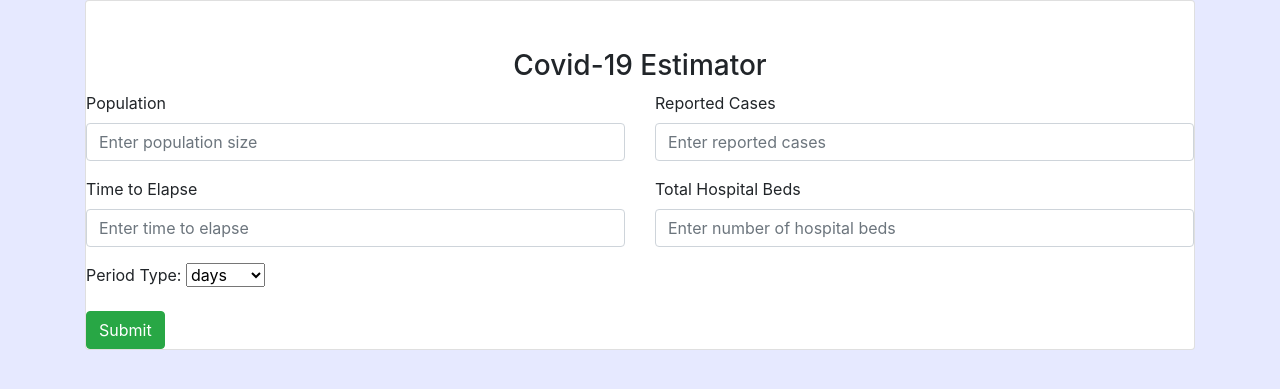
Repository: AbonyiXavier/FrontendUI--challenge-4
Page: index.html
These files come from the project's save history. The page is drawn as it stood at one moment and after the next save; the edit follows.
The browser window is 1280 px wide. The pictures show the whole page.

Above is the page before, as saved 2020-04-11 19:22:13.

After the next save:
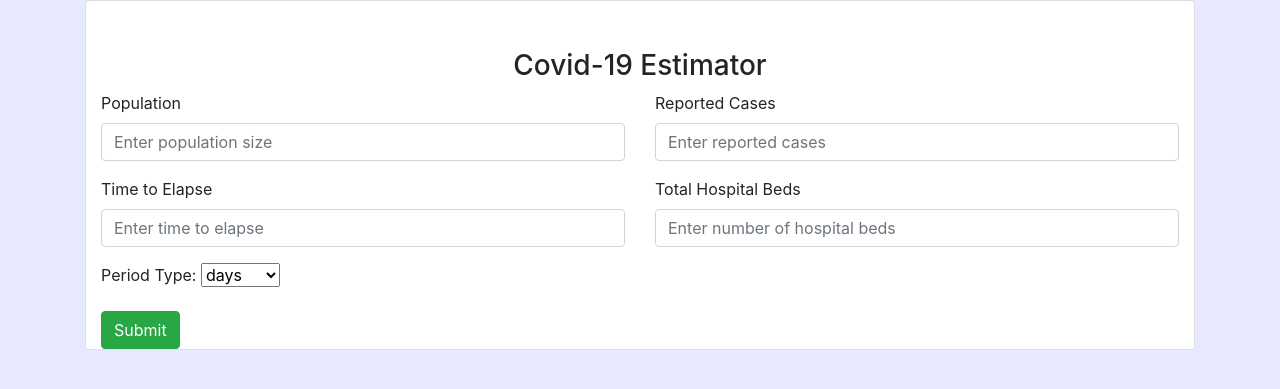
Saved 79 s later.
--- a/index.html
+++ b/index.html
@@ -10,70 +10,72 @@
   <body>
     <div class="container">
       <div class="card">
-        <h3 class="text-center mt-5">Covid-19 Estimator</h3>
-        <form>
-          <div class="row">
-            <div class="col-md-6">
-              <div class="form-group">
-                <label for="Population">Population</label>
-                <input
-                  id="population"
-                  type="text"
-                  class="form-control"
-                  data-population
-                  required
-                  placeholder="Enter population size"
-                />
+        <div class="container">
+          <h3 class="text-center mt-5">Covid-19 Estimator</h3>
+          <form>
+            <div class="row">
+              <div class="col-md-6">
+                <div class="form-group">
+                  <label for="Population">Population</label>
+                  <input
+                    id="population"
+                    type="text"
+                    class="form-control"
+                    data-population
+                    required
+                    placeholder="Enter population size"
+                  />
+                </div>
+                <div class="form-group">
+                  <label for="Time to Elapse">Time to Elapse</label>
+                  <input
+                    id="time-to-Elapse"
+                    type="text"
+                    class="form-control"
+                    data-time-to-elapse
+                    required
+                    placeholder="Enter time to elapse"
+                  />
+                </div>
               </div>
-              <div class="form-group">
-                <label for="Time to Elapse">Time to Elapse</label>
-                <input
-                  id="time-to-Elapse"
-                  type="text"
-                  class="form-control"
-                  data-time-to-elapse
-                  required
-                  placeholder="Enter time to elapse"
-                />
+              <div class="col-md-6">
+                <div class="form-group">
+                  <label for="Reported Cases">Reported Cases</label>
+                  <input
+                    id="reported-cases"
+                    type="text"
+                    class="form-control"
+                    data-reported-cases
+                    required
+                    placeholder="Enter reported cases"
+                  />
+                </div>
+                <div class="form-group">
+                  <label for="Total Hospital Beds">Total Hospital Beds</label>
+                  <input
+                    id="total-hospital-Beds"
+                    type="text"
+                    class="form-control"
+                    data-total-hospital-beds
+                    required
+                    placeholder="Enter number of hospital beds"
+                  />
+                </div>
               </div>
             </div>
-            <div class="col-md-6">
-              <div class="form-group">
-                <label for="Reported Cases">Reported Cases</label>
-                <input
-                  id="reported-cases"
-                  type="text"
-                  class="form-control"
-                  data-reported-cases
-                  required
-                  placeholder="Enter reported cases"
-                />
-              </div>
-              <div class="form-group">
-                <label for="Total Hospital Beds">Total Hospital Beds</label>
-                <input
-                  id="total-hospital-Beds"
-                  type="text"
-                  class="form-control"
-                  data-total-hospital-beds
-                  required
-                  placeholder="Enter number of hospital beds"
-                />
-              </div>
+            <div class="form-group">
+              <label for="cars">Period Type:</label>
+              <select id="period-type" data-period-type required>
+                <option value="days">days</option>
+                <option value="weeks">weeks</option>
+                <option value="months">months</option>
+              </select>
             </div>
-          </div>
-          <div class="form-group">
-            <label for="cars">Period Type:</label>
-            <select id="period-type" data-period-type required>
-              <option value="days">days</option>
-              <option value="weeks">weeks</option>
-              <option value="months">months</option>
-            </select>
-          </div>
-          <button type="submit" class="btn btn-success" data-go-estimate>
-            Submit
-          </button>
-        </form>
+            <button type="submit" class="btn btn-success" data-go-estimate>
+              Submit
+            </button>
+          </form>
+        </div>
       </div>
     </div>
     <script src="./js/jquery.js"></script>
